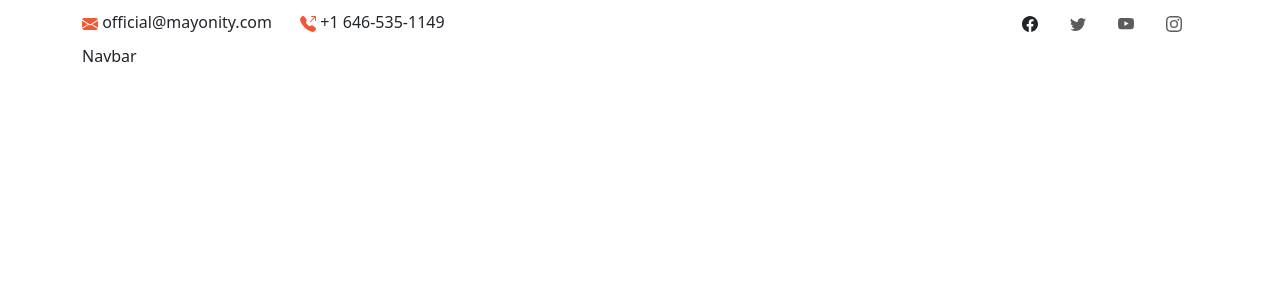
Repository: rizwan-zafar/wings
Page: /
An editor plug-in stored every save of this project. The page is shown before and after the next save, followed by the edit.
The browser window is 1280 px wide. The pictures show the whole page.
The project was rebuilt for these pictures with package versions that can differ from the ones it lists, and the page was loaded fresh each time.

Above is the page before, as saved 2022-11-25 22:55:48.

### public/index.html
<!DOCTYPE html>
<html lang="en">
  <head>
    <meta charset="utf-8" />
    <link rel="icon" href="%PUBLIC_URL%/favicon.ico" />
    <meta name="viewport" content="width=device-width, initial-scale=1" />
    <meta name="theme-color" content="#000000" />
    <meta
      name="description"
      content="Web site created using create-react-app"
    />
    <link rel="apple-touch-icon" href="%PUBLIC_URL%/logo192.png" />
    <!--
      manifest.json provides metadata used when your web app is installed on a
      user's mobile device or desktop. See https://developers.google.com/web/fundamentals/web-app-manifest/
    -->
    <link rel="manifest" href="%PUBLIC_URL%/manifest.json" />
    <!--
      Notice the use of %PUBLIC_URL% in the tags above.
      It will be replaced with the URL of the `public` folder during the build.
      Only files inside the `public` folder can be referenced from the HTML.

      Unlike "/favicon.ico" or "favicon.ico", "%PUBLIC_URL%/favicon.ico" will
      work correctly both with client-side routing and a non-root public URL.
      Learn how to configure a non-root public URL by running `npm run build`.
    -->
    <title>Wings</title>
  </head>
  <body>
    <noscript>You need to enable JavaScript to run this app.</noscript>
    <div id="root"></div>
    <!--
      This HTML file is a template.
      If you open it directly in the browser, you will see an empty page.

      You can add webfonts, meta tags, or analytics to this file.
      The build step will place the bundled scripts into the <body> tag.

      To begin the development, run `npm start` or `yarn start`.
      To create a production bundle, use `npm run build` or `yarn build`.
    -->
  </body>
</html>

### src/index.js
import React from 'react';
import ReactDOM from 'react-dom/client';
import './index.css';
import App from './App';
import "../node_modules/bootstrap/dist/css/bootstrap.min.css"
import "../node_modules/bootstrap/dist/js/bootstrap.min.js"

const root = ReactDOM.createRoot(document.getElementById('root'));
root.render(
  <React.StrictMode>
    <App />
  </React.StrictMode>
);

// If you want to start measuring performance in your app, pass a function
// to log results (for example: reportWebVitals(console.log))
// or send to an analytics endpoint. Learn more: https://bit.ly/CRA-vitals

### src/index.css
html {
  margin: 0;
  padding: 0;
  font-family: -apple-system, BlinkMacSystemFont, 'Segoe UI', 'Roboto', 'Oxygen',
    'Ubuntu', 'Cantarell', 'Fira Sans', 'Droid Sans', 'Helvetica Neue',
    sans-serif;
  -webkit-font-smoothing: antialiased;
  -moz-osx-font-smoothing: grayscale;
}
.icons{
  color:#f15833 ;
}
.social-icons{
  color:#000000a3
}

### src/App.js
import Home from "./Pages/Home"
function App() {
  return (

    <>
      <Home />
    </>

  );
}

export default App;

### src/Pages/Home.js
import React from 'react'
import TopNavbar from "../Components/Topnavbar"
import Navbar from "../Components/Navbar"
export default function Home() {
    return (
        <div>
            <TopNavbar />
            <Navbar />
        </div>
    )
}

### src/Components/Topnavbar.js
import React from 'react'
import "../Css/Topnav.css"
import { EnvelopeFill, TelephoneOutboundFill, Twitter, Youtube, Instagram, Facebook } from "react-bootstrap-icons"
export default function Topnavbar() {
    return (
        <div className="top-bar container d-flex justify-content-between">
            <div>
                <span> <EnvelopeFill className="icons" /> official@mayonity.com</span>
                <span className="set-padding p-4"> <TelephoneOutboundFill className="icons ml-3" /> +1 646-535-1149</span>
            </div>
            <div>
                <span className="p-3 social-icons-"><Facebook /></span>
                <span className="p-3 social-icons"><Twitter /></span>
                <span className="p-3 social-icons"><Youtube /></span>
                <span className="p-3 social-icons"><Instagram /></span>
            </div>
        </div>
    )
}

### src/Components/Navbar.js
import React from 'react'

export default function Navbar() {
    return (
        <div className="nav-container container">
            Navbar
        </div>
    )
}

### src/Css/Topnav.css
.top-bar{
background-color: #fff;
padding: 10px;
}

After the next save:
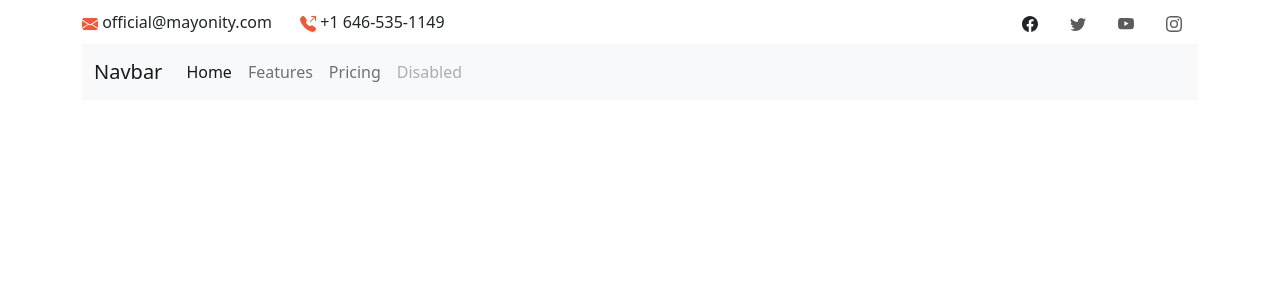
Saved 49 s later.
--- a/src/Components/Navbar.js
+++ b/src/Components/Navbar.js
@@ -3,7 +3,30 @@
 export default function Navbar() {
     return (
         <div className="nav-container container">
-            Navbar
+        <nav class="navbar navbar-expand-lg bg-light">
+  <div class="container-fluid">
+    <a class="navbar-brand" href="#">Navbar</a>
+    <button class="navbar-toggler" type="button" data-bs-toggle="collapse" data-bs-target="#navbarNav" aria-controls="navbarNav" aria-expanded="false" aria-label="Toggle navigation">
+      <span class="navbar-toggler-icon"></span>
+    </button>
+    <div class="collapse navbar-collapse" id="navbarNav">
+      <ul class="navbar-nav">
+        <li class="nav-item">
+          <a class="nav-link active" aria-current="page" href="#">Home</a>
+        </li>
+        <li class="nav-item">
+          <a class="nav-link" href="#">Features</a>
+        </li>
+        <li class="nav-item">
+          <a class="nav-link" href="#">Pricing</a>
+        </li>
+        <li class="nav-item">
+          <a class="nav-link disabled">Disabled</a>
+        </li>
+      </ul>
+    </div>
+  </div>
+</nav>
         </div>
     )
 }
